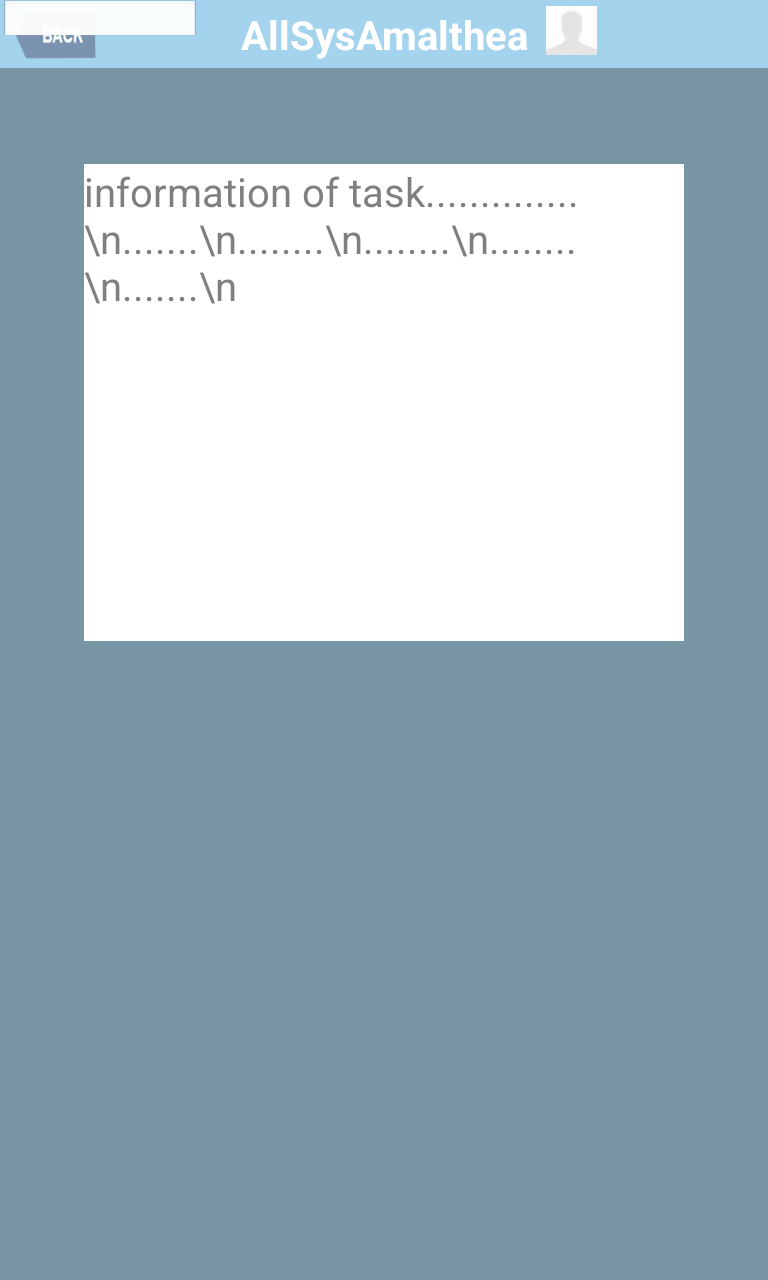
Repository: AllSysAmalthea/AllSys
Layout: APP/AppUI code/代码/Allsys/res/layout/activity_search.xml
The author's editor kept a copy of each file at every save. The layout is drawn from the files as they stood at one save, then again after the next save.
It is drawn on a 768 x 1280 px phone screen (xhdpi) without system bars, with theme android:Theme.NoTitleBar; the app's code is not run.

Above is the layout before, as saved 2015-06-06 07:26:21.

### APP/AppUI code/代码/Allsys/res/layout/activity_search.xml
<RelativeLayout xmlns:android="http://schemas.android.com/apk/res/android"
    xmlns:tools="http://schemas.android.com/tools"
    android:layout_width="match_parent"
    android:layout_height="wrap_content"
    android:layout_gravity="center_horizontal"
    android:background="@drawable/back"
    android:gravity="top"
    tools:context=".VoluteerAvtivity" >

    <AbsoluteLayout
        android:id="@+id/linearLayout1"
        android:layout_width="fill_parent"
        android:layout_height="wrap_content"
        android:orientation="horizontal" >

        <TextView
            android:id="@+id/header_text"
            android:layout_width="fill_parent"
            android:layout_height="68px"
            android:layout_x="0px"
            android:layout_y="0px"
            android:background="#A4D3EE"
            android:gravity="center"
            android:singleLine="true"
            android:text="AllSysAmalthea"
            android:textColor="#ffffff"
            android:textSize="20sp"
            android:textStyle="bold" />

        <ImageButton
            android:id="@+id/user"
            android:layout_width="100px"
            android:layout_height="100px"
            android:layout_x="260dp"
            android:layout_y="-10dp"
            android:background="@drawable/user" />

        <ImageButton
            android:id="@+id/exit"
            android:layout_width="80px"
            android:layout_height="80px"
            android:layout_x="8dp"
            android:layout_y="-4dp"
            android:background="@drawable/pic2" />
    </AbsoluteLayout>

    <TextView
        android:id="@+id/businesscardsingle_content_abstract"
        android:layout_width="300dp"
        android:layout_height="wrap_content"
        android:layout_below="@+id/linearLayout1"
        android:layout_centerHorizontal="true"
        android:layout_marginTop="42dp"
        android:background="#ffffff"
        android:lineSpacingMultiplier="1.0"
        android:lines="10"
        android:text="information of task..............\n.......\n........\n........\n........\n.......\n"
        android:textColor="#7f7f7f"
        android:textSize="20sp" />

    <EditText
         android:id="@+id/searchContent"
         android:layout_width="200px"
         android:layout_height="40px"

         android:ems="10"
         android:textSize="20sp"/>

</RelativeLayout>

After the next save:
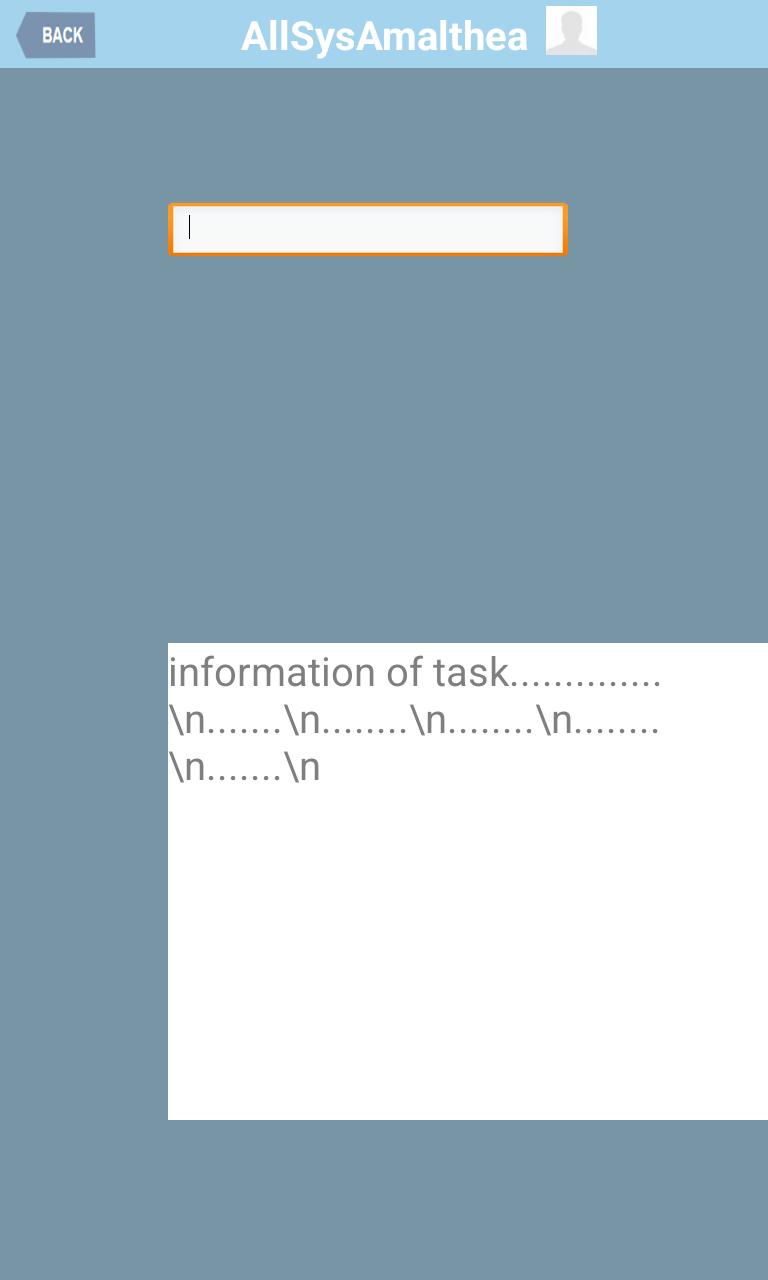
Saved 37 s later.
--- a/APP/AppUI code/代码/Allsys/res/layout/activity_search.xml
+++ b/APP/AppUI code/代码/Allsys/res/layout/activity_search.xml
@@ -48,9 +48,9 @@
         android:id="@+id/businesscardsingle_content_abstract"
         android:layout_width="300dp"
         android:layout_height="wrap_content"
-        android:layout_below="@+id/linearLayout1"
-        android:layout_centerHorizontal="true"
-        android:layout_marginTop="42dp"
+        android:layout_alignParentBottom="true"
+        android:layout_alignParentRight="true"
+        android:layout_marginBottom="80dp"
         android:background="#ffffff"
         android:lineSpacingMultiplier="1.0"
         android:lines="10"
@@ -59,11 +59,16 @@
         android:textSize="20sp" />
 
     <EditText
-         android:id="@+id/searchContent"
-         android:layout_width="200px"
-         android:layout_height="40px"
+        android:id="@+id/searchContent"
+        android:layout_width="400px"
+        android:layout_height="60px"
+        android:layout_alignLeft="@+id/businesscardsingle_content_abstract"
+        android:layout_below="@+id/linearLayout1"
+        android:layout_marginTop="61dp"
+        android:ems="10"
+        android:textSize="20sp" >
 
-         android:ems="10"
-         android:textSize="20sp"/>
+        <requestFocus />
+    </EditText>
 
 </RelativeLayout>
